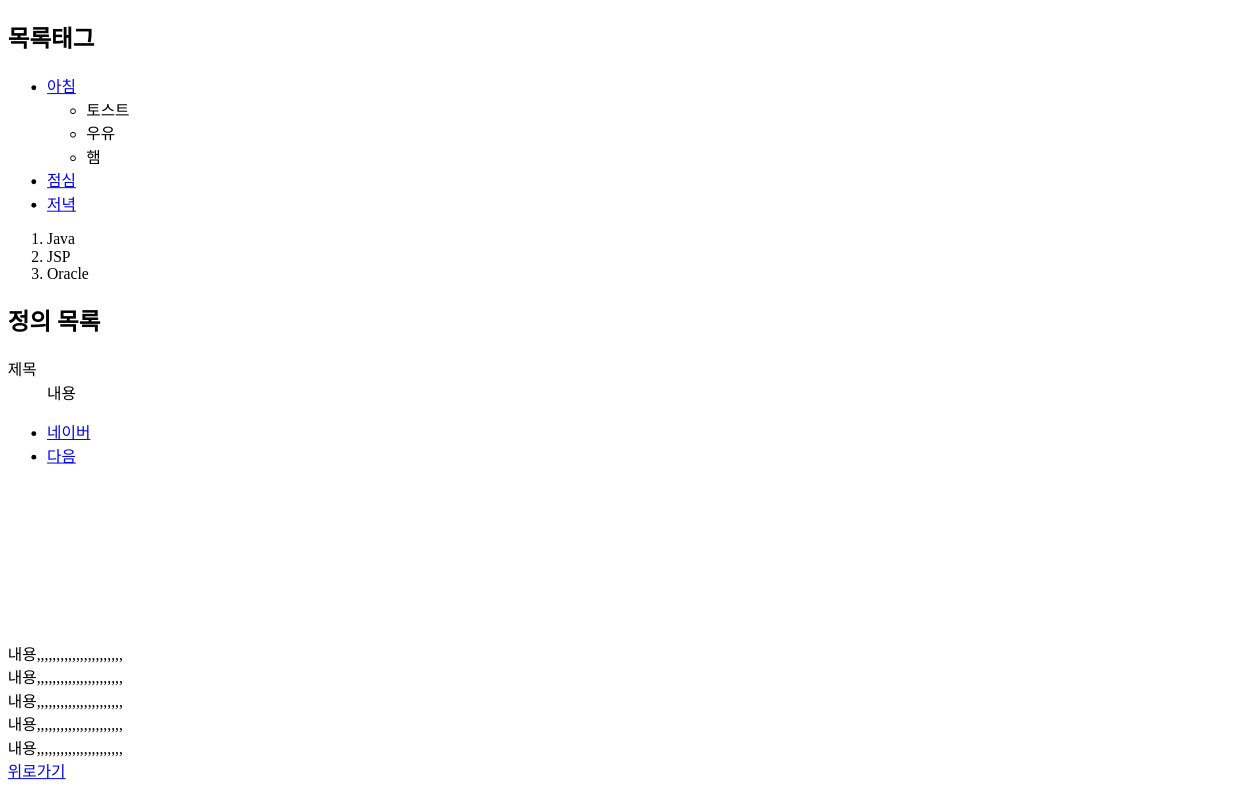
Repository: angelSuho/KCC_Learning_Repo
Page: Html/WebContent/list.html
An editor plug-in stored every save of this project. The page is shown before and after the next save, followed by the edit.
The browser window is 1280 px wide. The pictures show the whole page, at 98% of full size.

Above is the page before, as saved 2024-07-08 03:05:17.

### Html/WebContent/list.html
<!DOCTYPE html>
<html>
<head>
<meta charset="UTF-8">
<title>Insert title here</title>
<style type='text/css'>
/*
	li {
		display: inline;
		padding: 5px 15px;
		border-left: 1px solid #000;
	}

	a {
		text-decoration: none;
		color: darkgreen;
		font-weight: bold;
		fint-size: 18px;
	}
*/
</style>
</head>
<body>
	<a id="top"></a>
	<h2>목록태그</h2>
	<ul>
		<li><a href="#">아침</a>
			<ul>
				<li>토스트</li>
				<li>우유</li>
				<li>햄</li>
			</ul>
		</li>
		<li><a href="#">점심</a></li>
		<li><a href="#">저녁</a></li>
	</ul>
	<ol>
		<li>Java</li>
		<li>JSP</li>
		<li>Oracle</li>
	</ol>

	<h2>정의 목록</h2>
	<dl>
		<dt>제목</dt>
		<dd>내용</dd>
	</dl>

	<ul>
		<li><a href="https://www.naver.com" target="_blank">네이버</a></li> <!-- 새 탭 -->
		<li><a href="https://www.daum.net" target="_self">다음</a></li> <!-- 현재 페이지 -->
	</ul>
	<br/><br/><br/><br/><br/><br/><br/><br/><br/>
	<div>내용,,,,,,,,,,,,,,,,,,,,,,</div>
	<div>내용,,,,,,,,,,,,,,,,,,,,,,</div>
	<div>내용,,,,,,,,,,,,,,,,,,,,,,</div>
	<div>내용,,,,,,,,,,,,,,,,,,,,,,</div>
	<div>내용,,,,,,,,,,,,,,,,,,,,,,</div>
	<a href="#top">위로가기</a>
</body>
</html>

After the next save:
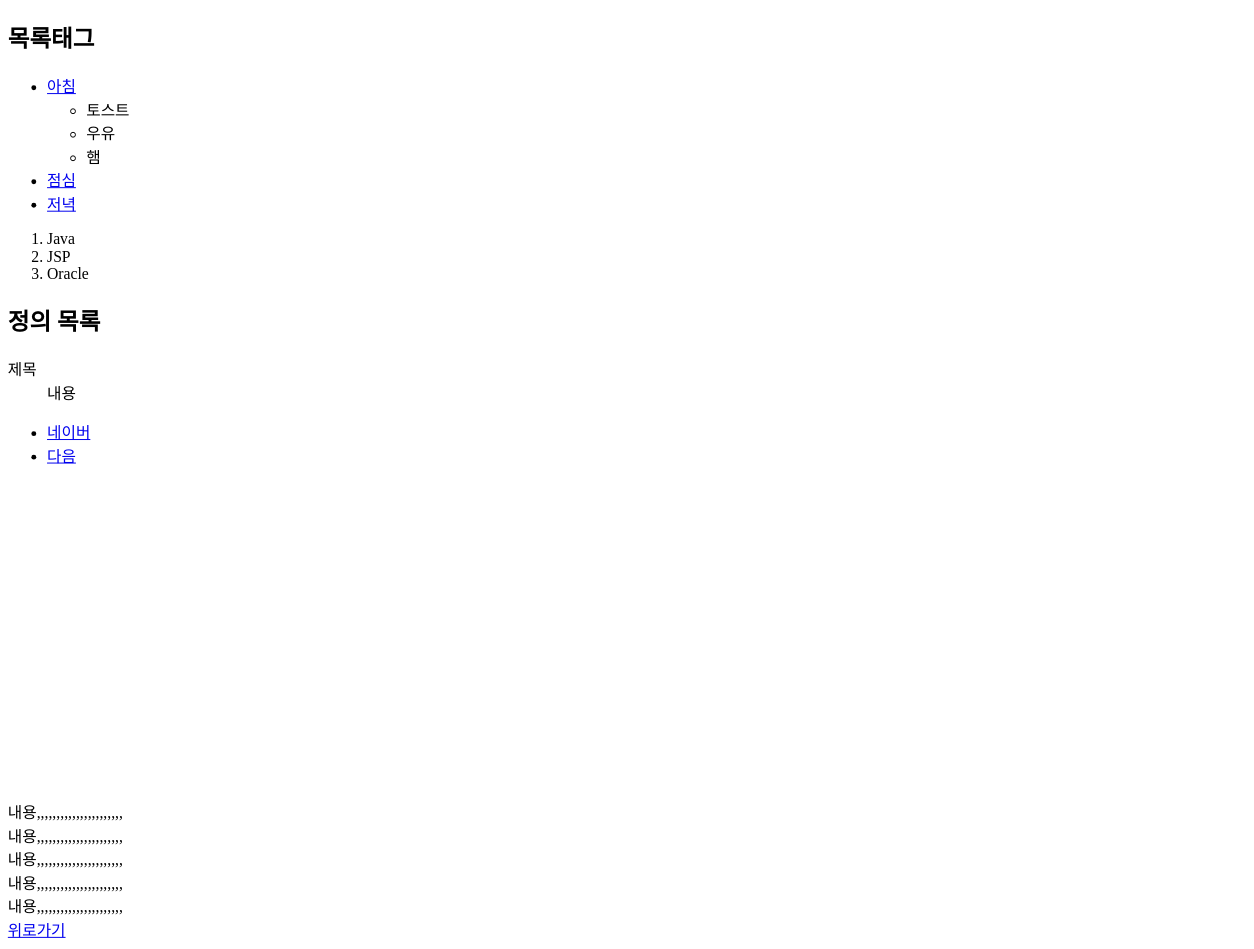
Saved 10 s later.
--- a/Html/WebContent/list.html
+++ b/Html/WebContent/list.html
@@ -51,6 +51,7 @@
 		<li><a href="https://www.daum.net" target="_self">다음</a></li> <!-- 현재 페이지 -->
 	</ul>
 	<br/><br/><br/><br/><br/><br/><br/><br/><br/>
+	<br/><br/><br/><br/><br/><br/><br/><br/><br/>
 	<div>내용,,,,,,,,,,,,,,,,,,,,,,</div>
 	<div>내용,,,,,,,,,,,,,,,,,,,,,,</div>
 	<div>내용,,,,,,,,,,,,,,,,,,,,,,</div>
